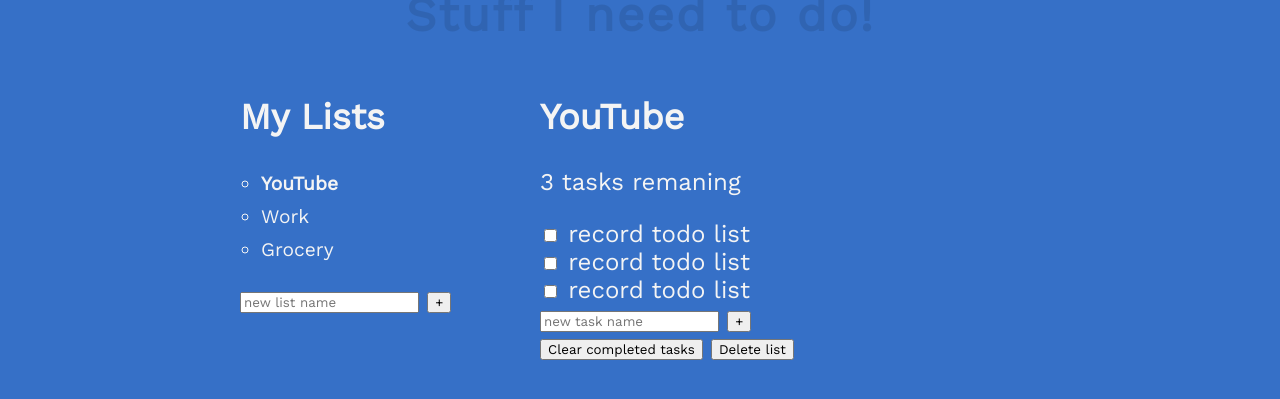
Repository: PratypartyY2K/JavaScript-Projects
Page: Better-ToDo-App/index.html
The author's editor kept a copy of each file at every save. The page is drawn from the files as they stood at one save, then again after the next save.
The browser window is 1280 px wide. The pictures show the whole page.

Above is the page before, as saved 2021-07-06 00:32:09.

After the next save:
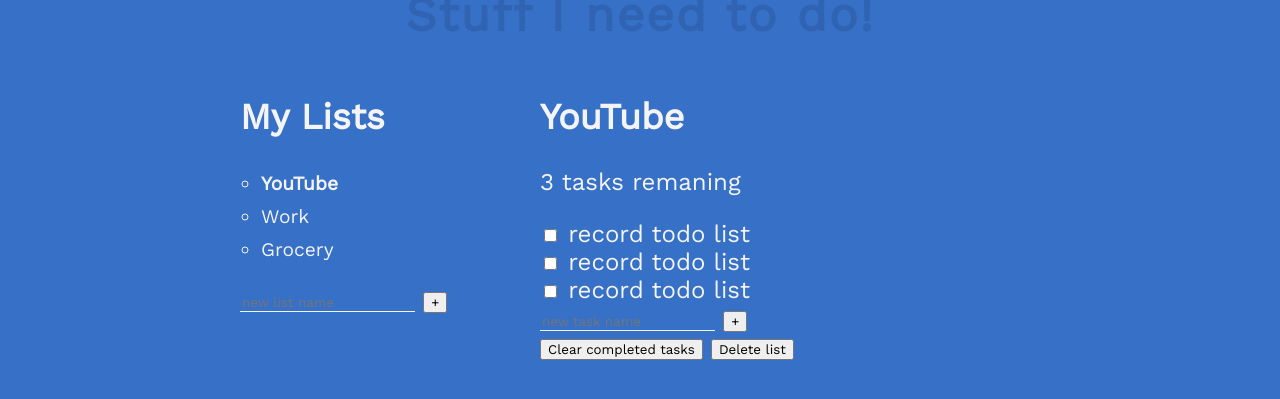
Saved 104 s later.
--- a/Better-ToDo-App/styles.css
+++ b/Better-ToDo-App/styles.css
@@ -50,6 +50,13 @@ body {
     padding-left: 1.1em;
 }
 
+.new {
+    background: transparent;
+    border: 0;
+    color: inherit;
+    border-bottom: 1px solid currentColor;
+}
+
 .active-list {
     font-weight: 700;
 }
